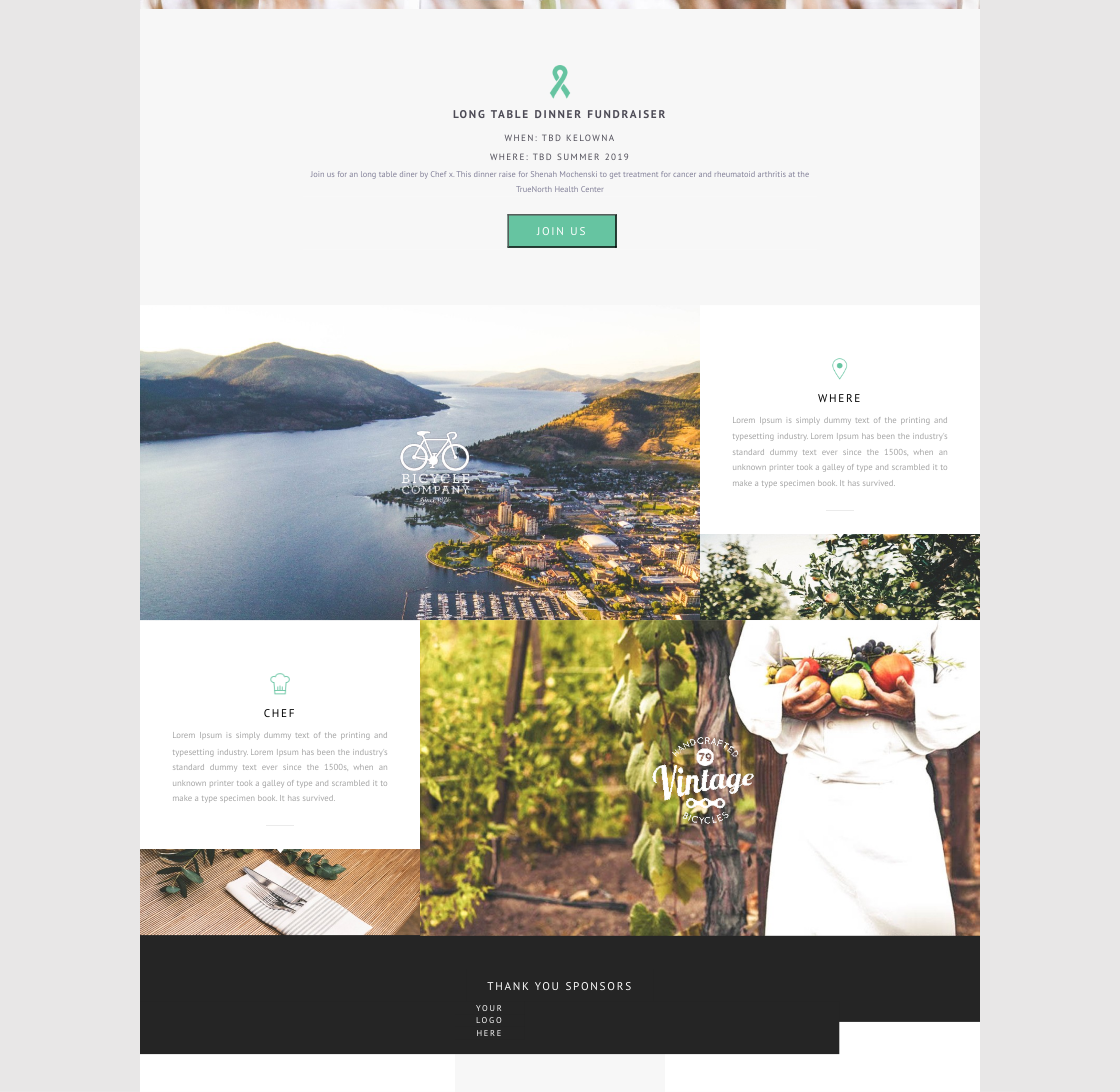
Repository: vancodes/longtable
Page: index.html
The author's editor kept a copy of each file at every save. The page is drawn from the files as they stood at one save, then again after the next save.
The browser window is 1280 px wide. The page is 1600 px wide, so the pictures cover 1600 px, including what lies to the right of the window. The pictures show the part of the page from y = 737 to 2297 px (the page is 2297 px tall), at 70% of full size.

Above is the page before, as saved 2019-04-08 16:23:01.

After the next save:
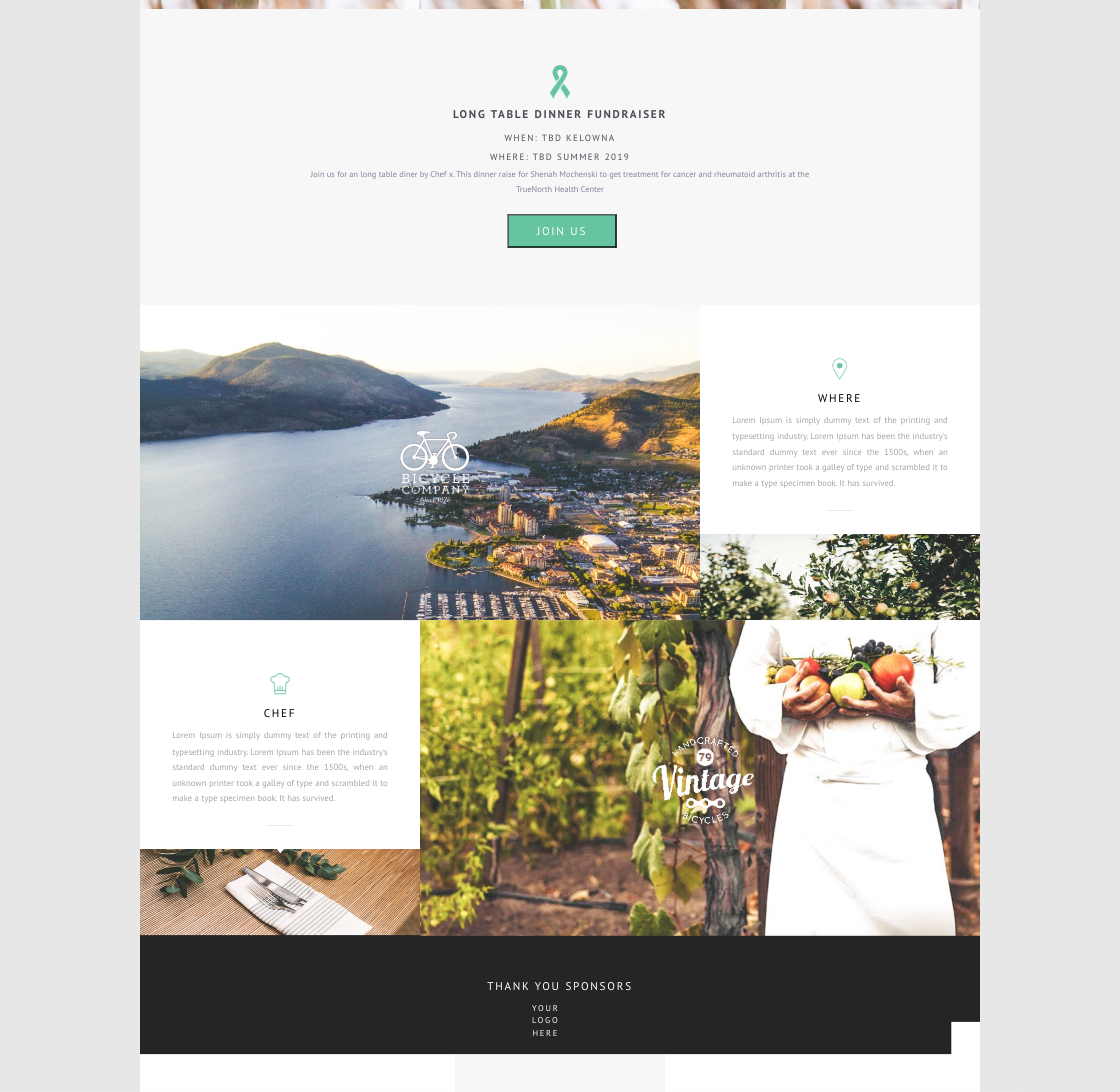
Saved 107 s later.
--- a/index.css
+++ b/index.css
@@ -570,10 +570,13 @@ img {
   margin-top: 23px;
   background-color: #252525;
 }
+
 .sponsor-logo {
   position: absolute;
   background-color: #252525;
   height: 75px;
+  padding-right: 80px;
+  padding-left: 80px;
 }
 
 .sponsor-logo p {
